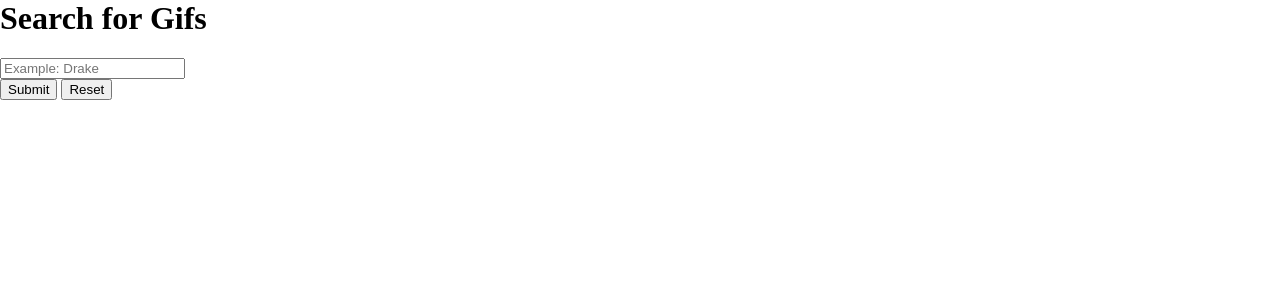
Repository: iuLIKEme/theworld
Page: giphy/index4.html
The author's editor kept a record of every edit. The page is drawn from the files as they stood at one moment, then again after the next edit.
The browser window is 1280 px wide. The pictures show the whole page.

Above is the page before.

After the next edit:
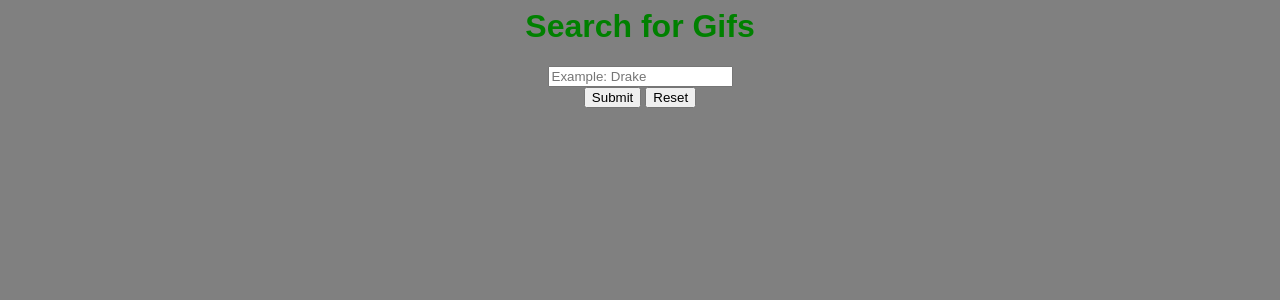
The edit:
--- a/giphy/index4.html
+++ b/giphy/index4.html
@@ -2,7 +2,7 @@
 
     <head>
 
-    <link rel="stylesheet" type="text/css" href="style.css">
+    <link rel="stylesheet" type="text/css" href="style4.css">
    <script src="//code.jquery.com/jquery-1.12.0.min.js"></script>
     <script type="text/javascript" src="script4.js"></script>
 
